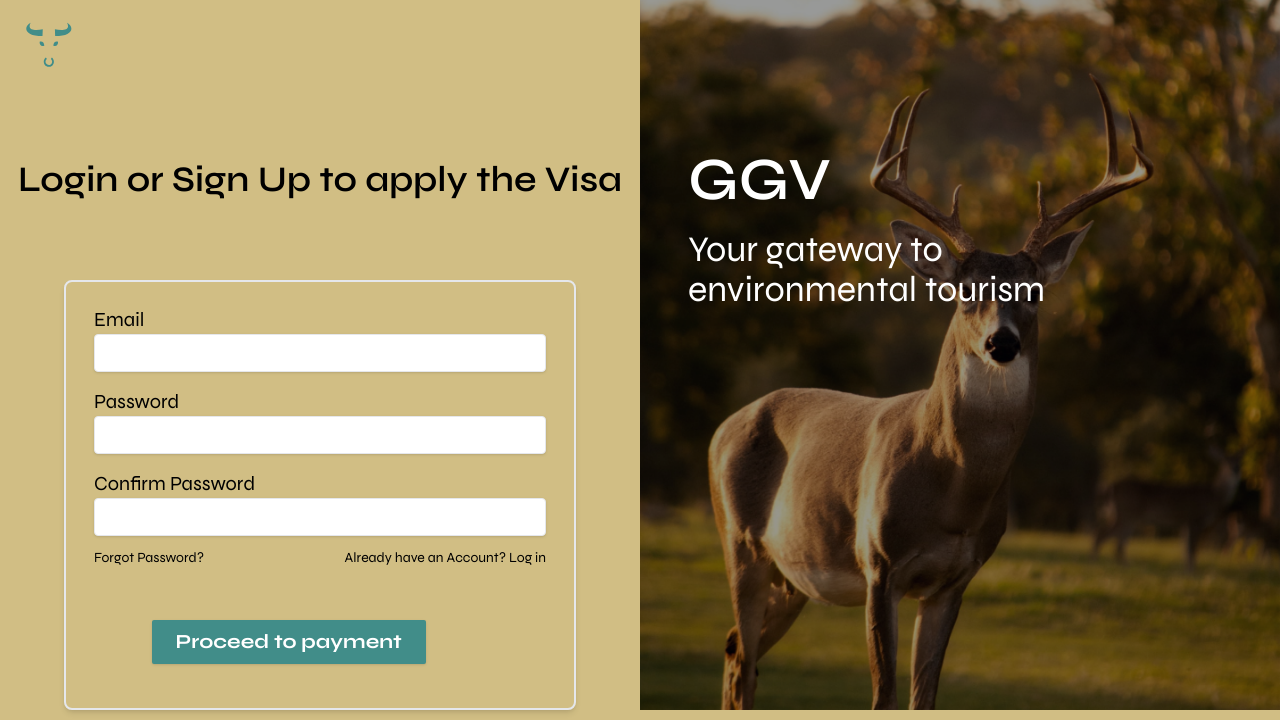
Repository: EngrAhmadUmar/landing-page
Page: /register
The author's editor kept a copy of each file at every save. The page is drawn from the files as they stood at one save, then again after the next save.
The browser window is 1280 px wide. The pictures show the whole page.
The project was rebuilt for these pictures with package versions that can differ from the ones it lists, and the page was loaded fresh each time. The framework's server and built-in components were replaced by stand-ins that run in the browser. Also part of the build but not shown: next.config.js, styles/Home.module.css, src/Components/ApplyPageComponents/ApplyForm.jsx, src/Components/ApplyPageComponents/LoginForm.jsx.

Above is the page before, as saved 2022-07-06 11:41:40.

### pages/_app.js
import "../styles/globals.css";
import { ApolloClient, InMemoryCache, ApolloProvider } from "@apollo/client";

//apollo clients
const client = new ApolloClient({
  uri: "http://localhost:1337/graphql",
  cache: new InMemoryCache()
});

function MyApp({ Component, pageProps }) {
  return (
    <ApolloProvider client={client}>
      <Component {...pageProps} />
    </ApolloProvider>
  );
}

export default MyApp;

### pages/register.js
import React from "react";
import { RegisterForm } from "../src/Components/ApplyPageComponents/Index";

export default function Login() {
  return (
    <React.Fragment>
      <div className="bg-[#d1be84] h-[100vh]">
        <RegisterForm />
      </div>
    </React.Fragment>
  );
}

### styles/globals.css
@import url("https://fonts.googleapis.com/css2?family=Poppins:wght@400;500;600&family=Syne:wght@400;500;600;700&display=swap");

@tailwind base;
@tailwind components;
@tailwind utilities;

### src/Components/ApplyPageComponents/Index.jsx
export { default as ApplyForm } from "./ApplyForm";
export { default as LoginForm } from "./LoginForm";
export { default as RegisterForm } from "./RegisterForm";

### src/Components/ApplyPageComponents/RegisterForm.jsx
import { gql, useMutation } from "@apollo/client";
import Head from "next/head";
import Image from "next/image";
import Link from "next/link";
import { useState, useRef } from "react";
import styles from "../../../styles/Home.module.css";

const reg = gql`
  mutation joinUs($username: String!, $email: String!, $password: String!) {
    register(input: { email: $email, password: $password }) {
      jwt
      user {
        id
        email
      }
    }
  }
`;

const JoinUs = () => {
  const emailInputRef = useRef();
  const passwordInputRef = useRef();
  const confirmPasswordInputRef = useRef();

  const [email, setEmail] = useState("");
  const onChangeEmail = (e) => {
    setEmail(e.target.value);
  };
  const [password, setPassword] = useState("");
  const onChangePassword = (e) => {
    setPassword(e.target.value);
  };

  const [confirmPassowrd, setConfirmPassword] = useState("");
  const confirmPasswordChangeHandler = (event) => {
    setConfirmPassword(event.target.value);
  };
  const [joinUs, { data, loading, error }] = useMutation(reg, {
    variables: {
      email: email,
      password: password
    }
  });

  const onSubmit = (e) => {
    e.preventDefault();
    if (email === "" || password === "") {
      return alert("please fill in all fields");
    }

    // check if the password match
    if (
      passwordInputRef.current.value != confirmPasswordInputRef.current.value
    ) {
      return alert("Passwords must match");
    }
    joinUs(password, email);

    setEmail("");
    setPassword("");
    setConfirmPassword("");
  };

  return (
    <div className=" font-syne " id="joinUs">
      <Head>
        <title>Welcome to GGV</title>
        <meta name="description" content="Join Our Family" />
      </Head>
      <div className="font-syne bg-[#d1be84] bg-cover grid grid-col-1 md:grid-cols-2 2xl:h-[100vh]">
        <div className="">
          <div className="w-[50px] h-40 pt-5 ml-6">
            <Image
              src="/logo.svg"
              layout="responsive"
              width={5}
              height={5}
              opacity={100}
            />
          </div>
          <h3
            className={`${
              styles.headings
            }  ${"text-center text-3xl md:text-4xl mb-5 font-semibold"}`}
          >
            Login or Sign Up to apply the Visa
          </h3>
          <form
            onSubmit={onSubmit}
            className="shadow-md rounded-lg px-7 pt-6 pb-8 mt-[5rem] lg:mx-12 xl:mx-auto border-gray border-2 font-Syne md:max-w-lg"
          >
            <div className="mb-4">
              <label className="text-lg md:text-xl">Email</label>
              <input
                type="email"
                ref={emailInputRef}
                value={email}
                onChange={onChangeEmail}
                placeholder=""
                className="shadow appearance-none border rounded w-full py-2 px-3 text-gray-700 leading-tight focus:outline-none focus:shadow-outline"
              />
            </div>
            <div className="mb-4">
              <label className="text-lg md:text-xl">Password</label>
              <input
                type="password"
                ref={passwordInputRef}
                value={password}
                onChange={onChangePassword}
                placeholder=""
                className="shadow appearance-none border rounded w-full py-2 px-3 text-gray-700 leading-tight focus:outline-none focus:shadow-outline"
              />
            </div>
            <div className="">
              <label className="text-lg md:text-xl">Confirm Password</label>
              <input
                type="password"
                ref={confirmPasswordInputRef}
                value={confirmPassowrd}
                onChange={confirmPasswordChangeHandler}
                placeholder=""
                className="shadow appearance-none border rounded w-full py-2 px-3 text-gray-700 leading-tight focus:outline-none focus:shadow-outline"
              />
            </div>

            <div className="text-sm flex items-center justify-between mt-3  cursor-pointer">
              <h3 className="hover:text-green">Forgot Password?</h3>
              <Link href="/login">
                <h3 className="hover:text-green">
                  Already have an Account? Log in
                </h3>
              </Link>
            </div>
            <div className="mt-5 ml-[8vh]">
              <button
                className="shadow focus:shadow-outline focus:outline-none text-white font-bold py-2 px-6 md:text-xl bg-[#418d89] rounded-sm mt-8 mb-3 py-1"
                onClick={onSubmit}
              >
                Proceed to payment
              </button>
            </div>
          </form>
        </div>

        <div className="md:flex hidden text-white bg-[url('/apply_for_visa_bg.png')]  bg-cover bg-no-repeat sm:bg-center md:bg-bottom lg:bg-bottom xl:bg-bottom 2xl:center">
          <div className="mt-[50px] md:mt-[150px] mx-4 md:mx-12">
            <h3 className="  text-4xl md:text-5xl lg:text-6xl font-semibold">
              GGV
            </h3>
            <p className="max-w-md md:max-w-xl text-2xl md:text-4xl mt-5">
              Your gateway to <br></br>environmental tourism
            </p>
          </div>
          <div></div>
        </div>
      </div>
      <>
        {data && (
          <div>
            <h1>Token: {data.register?.jwt}</h1>
            <span>UserID: {data.register.user?.id} </span>
            <span>UserEmail: {data.register.user?.email} </span>
          </div>
        )}
      </>
    </div>
  );
};

export default JoinUs;

### tailwind.config.js
/** @type {import('tailwindcss').Config} */
module.exports = {
  content: [
    "./pages/**/*.{js,ts,jsx,tsx}",
    "./components/**/*.{js,ts,jsx,tsx}",
    "./src/Components/**/*.{js,ts,jsx,tsx}"
  ],
  theme: {
    extend: {
      colors: {
        black: "#000107",
        green: "#418D89"
      },
      fontFamily: {
        syne: ["Syne"]
      }
    }
  },
  plugins: []
};

After the next save:
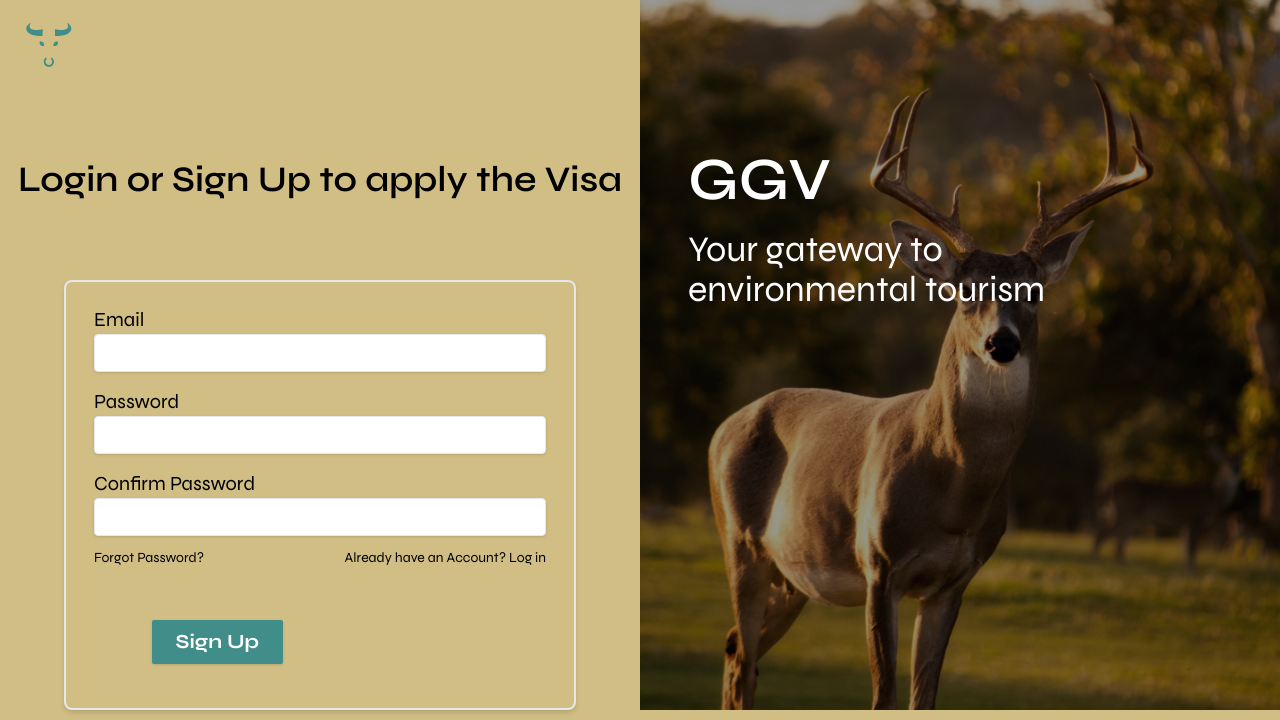
Saved 48 s later.
--- a/src/Components/ApplyPageComponents/RegisterForm.jsx
+++ b/src/Components/ApplyPageComponents/RegisterForm.jsx
@@ -136,7 +136,7 @@ const JoinUs = () => {
                 className="shadow focus:shadow-outline focus:outline-none text-white font-bold py-2 px-6 md:text-xl bg-[#418d89] rounded-sm mt-8 mb-3 py-1"
                 onClick={onSubmit}
               >
-                Proceed to payment
+                Sign Up
               </button>
             </div>
           </form>
